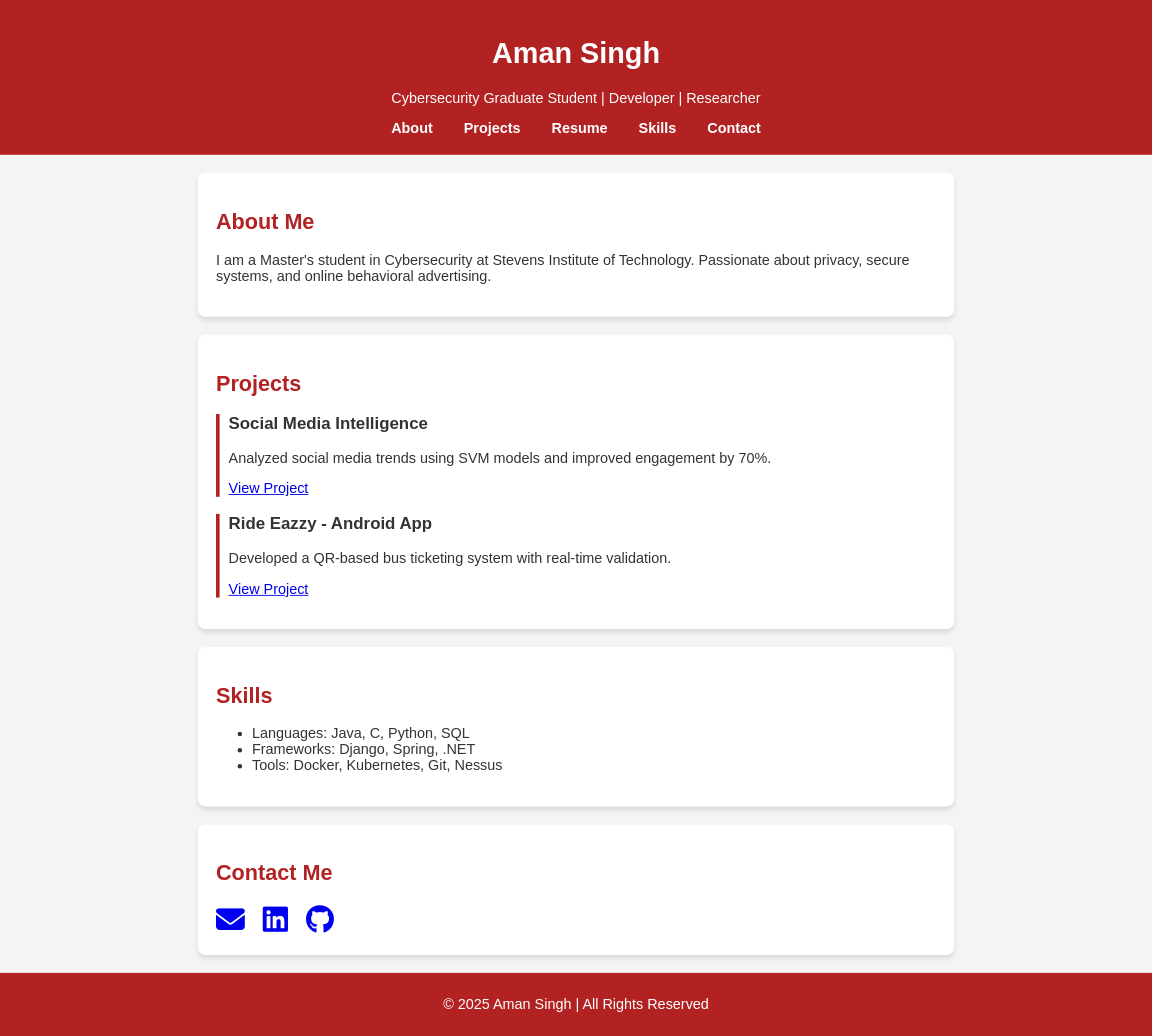
Repository: aman3singh/portfolio
Page: index.html
The author's editor kept a copy of each file at every save. The page is drawn from the files as they stood at one save, then again after the next save.
The browser window is 1280 px wide. The pictures show the whole page, at 90% of full size.

Above is the page before, as saved 2025-02-11 16:43:38.

After the next save:
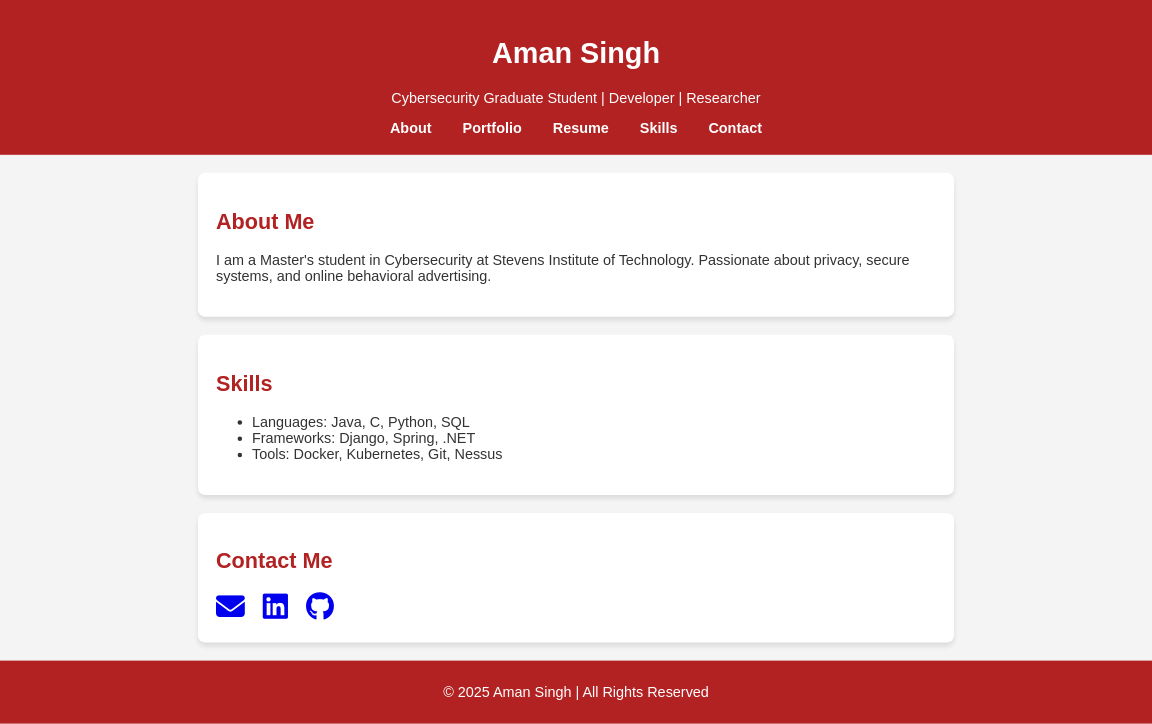
Saved 9 min 38 s later.
--- a/index.html
+++ b/index.html
@@ -13,7 +13,7 @@
         <p>Cybersecurity Graduate Student | Developer | Researcher</p>
         <nav>
             <a href="#about">About</a>
-            <a href="#projects">Projects</a>
+            <a href="portfolio.html">Portfolio</a>
             <a href="resume.html">Resume</a>
             <a href="#skills">Skills</a>
             <a href="#contact">Contact</a>
@@ -23,20 +23,6 @@
     <section id="about">
         <h2>About Me</h2>
         <p>I am a Master's student in Cybersecurity at Stevens Institute of Technology. Passionate about privacy, secure systems, and online behavioral advertising.</p>
-    </section>
-
-    <section id="projects">
-        <h2>Projects</h2>
-        <div class="project">
-            <h3>Social Media Intelligence</h3>
-            <p>Analyzed social media trends using SVM models and improved engagement by 70%.</p>
-            <a href="https://github.com/your-username/social-media-intelligence" target="_blank">View Project</a>
-        </div>
-        <div class="project">
-            <h3>Ride Eazzy - Android App</h3>
-            <p>Developed a QR-based bus ticketing system with real-time validation.</p>
-            <a href="https://github.com/your-username/ride-eazzy" target="_blank">View Project</a>
-        </div>
     </section>
 
     <section id="skills">
